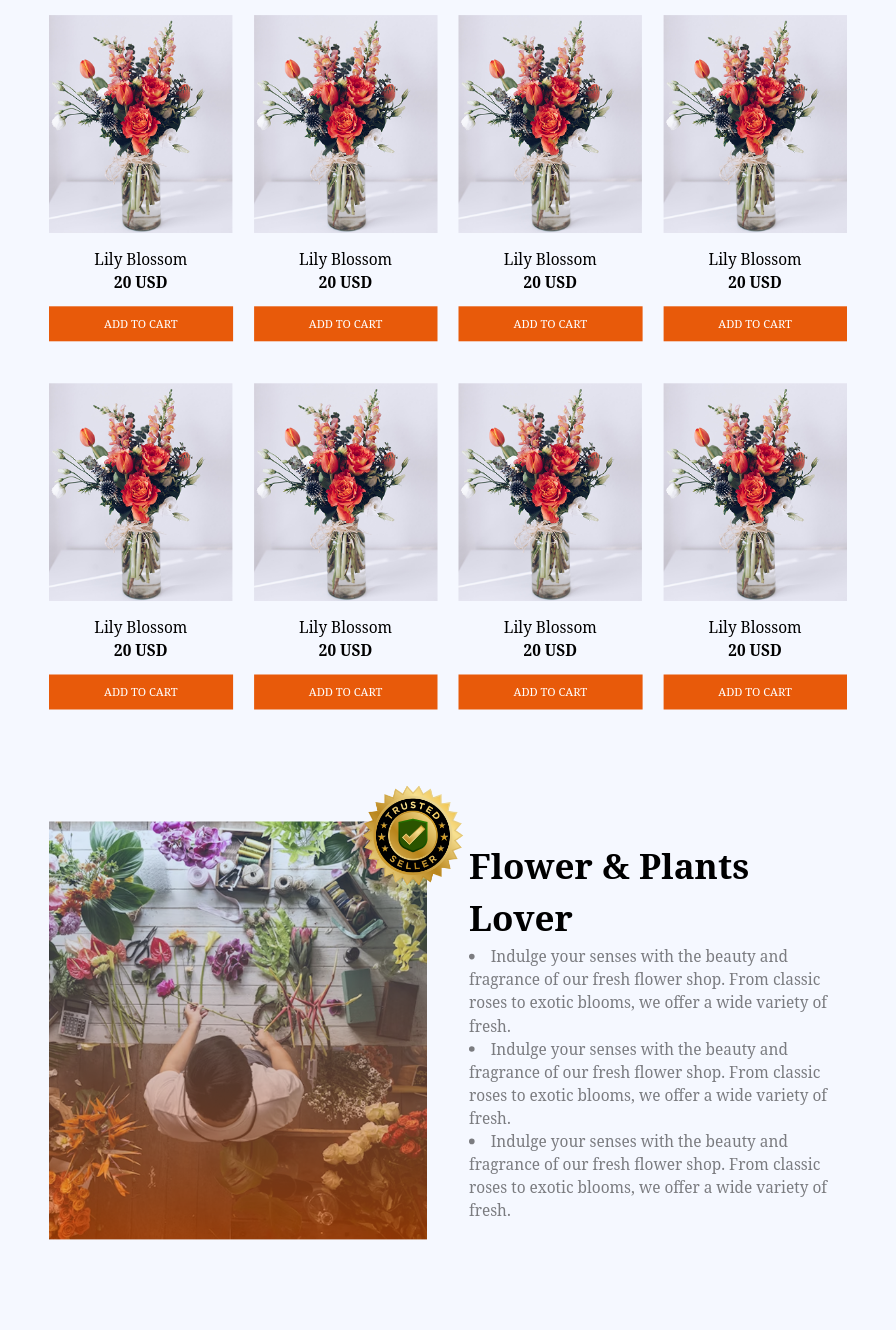
Repository: nahid-hasann/website-7
Page: index.html
An editor plug-in stored every save of this project. The page is shown before and after the next save, followed by the edit.
The browser window is 1280 px wide. The pictures show the part of the page from y = 1012 to 2932 px (the page is 2912 px tall before and 2932 px after), at 70% of full size.
Some web libraries are served in a nearby version.

Above is the page before, as saved 2025-07-24 13:09:55.

### index.html
<!DOCTYPE html>
<html lang="en">
<head>
    <meta charset="UTF-8">
    <meta name="viewport" content="width=device-width, initial-scale=1.0">
     <script src="https://cdn.jsdelivr.net/npm/@tailwindcss/browser@4"></script>
    <title> website-7 </title>
    <link rel="stylesheet" href="style.css">
    <link rel="stylesheet" href="https://cdnjs.cloudflare.com/ajax/libs/font-awesome/7.0.0/css/all.min.css" integrity="sha512-DxV+EoADOkOygM4IR9yXP8Sb2qwgidEmeqAEmDKIOfPRQZOWbXCzLC6vjbZyy0vPisbH2SyW27+ddLVCN+OMzQ==" crossorigin="anonymous" referrerpolicy="no-referrer" />
   <link rel="preconnect" href="https://fonts.googleapis.com">
<link rel="preconnect" href="https://fonts.gstatic.com" crossorigin>
<link href="https://fonts.googleapis.com/css2?family=Noto+Serif:ital,wght@0,100..900;1,100..900&display=swap" rel="stylesheet">
</head>
<body class="noto-serif-nahid">


    <header>
        <nav>
            <div class="nav-logo">
                <img src="assets/logo.png" alt="">
            </div>
            <div class="nav-menu">
                <ul>
                    <li class="ul-li" style="color: black; font-weight: bold;">Home</li>
                    <li class="ul-li" >Shop</li>
                    <li class="ul-li" >About us</li>
                    <li class="last-li" style="color: black;"><i class="fa-solid fa-cart-shopping"></i>Cart ($56)</li>
                </ul>
            </div>
        </nav>
    </header>

    <main>

        <section class="banner">
            <div class="banner-section">
                <div class="banner-description">
                    <h1>ALWAYS <span style="color: #e85a0a;">FRESH <br> FLOWERS</span></h1>
                    <p>Indulge your senses with the beauty and fragrance of our fresh flower shop. From classic roses to exotic blooms, we offer a wide variety of fresh flowers that are perfect for any occasion.  </p>
                </div>
                <div class="banner-img">
                    <img src="assets/hero-flower.png" alt="">
                </div>
            </div>
        </section>

        <section class="plants-section">
             <h1> <span style="color: #e85a0a;">Our</span> Plants</h1>
             <p>Indulge your senses with the beauty and fragrance of our fresh flower shop. From classic roses to exotic blooms, we offer a wide variety of fresh.</p>
             <div class="plants-card">
                <div class="card">
                    <img src="assets/sample-flower-image.png" alt="">
                    <h4>Lily Blossom</h4>
                    <h2>20 USD</h2>
                    <button class="btn">ADD TO CART</button>
                </div>
                 <div class="card">
                    <img src="assets/sample-flower-image.png" alt="">
                    <h4>Lily Blossom</h4>
                    <h2>20 USD</h2>
                    <button class="btn">ADD TO CART</button>
                </div>
                 <div class="card">
                    <img src="assets/sample-flower-image.png" alt="">
                    <h4>Lily Blossom</h4>
                    <h2>20 USD</h2>
                    <button class="btn">ADD TO CART</button>
                </div>
                 <div class="card">
                    <img src="assets/sample-flower-image.png" alt="">
                    <h4>Lily Blossom</h4>
                    <h2>20 USD</h2>
                    <button class="btn">ADD TO CART</button>
                </div>
                 <div class="card">
                    <img src="assets/sample-flower-image.png" alt="">
                    <h4>Lily Blossom</h4>
                    <h2>20 USD</h2>
                    <button class="btn">ADD TO CART</button>
                </div>
                 <div class="card">
                    <img src="assets/sample-flower-image.png" alt="">
                    <h4>Lily Blossom</h4>
                    <h2>20 USD</h2>
                    <button class="btn">ADD TO CART</button>
                </div>
                 <div class="card">
                    <img src="assets/sample-flower-image.png" alt="">
                    <h4>Lily Blossom</h4>
                    <h2>20 USD</h2>
                    <button class="btn">ADD TO CART</button>
                </div>
                 <div class="card">
                    <img src="assets/sample-flower-image.png" alt="">
                    <h4>Lily Blossom</h4>
                    <h2>20 USD</h2>
                    <button class="btn">ADD TO CART</button>
                </div>
             </div>
        </section>

        <section class="plants-lover-section">
            <div class="plants-lover-div">
                <div class="plants-lover-img">
                <img src="assets/flower-store.png" alt="">
                <div class="badge">
                    <img class="badge-img" src="assets/trusted-badge.png" alt="">
                </div>
            </div>
            <div class="plants-lover-content">
                <h1>Flower & Plants Lover</h1>
                <or>
                    <li>Indulge your senses with the beauty and fragrance of our fresh flower shop. From classic roses to exotic blooms, we offer a wide variety of fresh.</li>
                    <li>Indulge your senses with the beauty and fragrance of our fresh flower shop. From classic roses to exotic blooms, we offer a wide variety of fresh.</li>
                    <li>Indulge your senses with the beauty and fragrance of our fresh flower shop. From classic roses to exotic blooms, we offer a wide variety of fresh.</li>
                </or>
            </div>
            </div>
        </section>

    </main>




</body>
</html>

### style.css


*{
    margin: 0;
    padding: 0;
    box-sizing: border-box;
}


.noto-serif-nahid {
  font-family: "Noto Serif", serif;
  font-optical-sizing: auto;
  font-style: normal;
  font-variation-settings:
    "wdth" 100;
}

body{
    background-color: #f5f8ff;
}



/* header suru  */

header{
   margin: 20px auto;
   max-width: 1140px;
}

nav{
    display: flex;
    justify-content: space-between;
    align-items: center;
}

.nav-logo img{
    width: 100%;
}

.nav-menu ul{
     display: flex;
     gap: 30px;
     align-items: center;
     justify-content: center;
     margin: auto 0;
}

.nav-menu ul li{
    color: rgba(137, 135, 161, 1);
    font-weight: 400;
}


/* header sesh  */

/* banner-section  */

.banner{
    margin: 230px auto 130px auto;
    max-width: 1140px;

}

.banner-section{
     display: flex;
     align-items: end;
     justify-content: center;
}

.banner-description h1{
    font-size: 65px;
    font-weight: 800;

}

.banner-description p{
    font-size: 22px;
    color: #7b7c80;
}

.banner-img img{
    max-width: 570px;
}

/* banner-section  */

/* plants-section suru */

.plants-section{
    width: 1140px;
    margin: 130px auto;
}

.plants-section h1{
    text-align: center;
    font-size: 50px;
    margin-bottom: 14px;
    font-weight: 700;
}

.plants-card{
    display: grid;
    grid-template-columns: 1fr 1fr 1fr 1fr;
    gap: 30px;
    row-gap: 60px;
    margin-top: 60px;
}

.plants-section p{
    font-size: 22px;
    color: #7b7c80;
    text-align: center;
}

.card {
    display: flex;
    flex-direction: column;
    align-items: center;
    justify-content: center;
}

.card h4{
    font-size: 22px;
    font-weight: 300;
    margin-top: 18px;
}

.card h2{
    font-size: 22px;
    font-weight: 700;
    margin-bottom: 18px;
}

.btn{
    background-color: #e85a0a;
    width: 100%;
    padding: 13px 0;
    color: white;
}

/* plants-section sesh  */

/* plants-lover-section suru  */

.plants-lover-section{
    width: 1140px;
    margin: 160px auto 130px auto;
}



.plants-lover-div{
     display: grid;
     grid-template-columns: 1fr 1fr;
    align-items: center;
    justify-content: center;
    gap: 60px;
}

.plants-lover-img{
    position: relative;
}

.badge-img{
    position: absolute;
    top: -80px;
    right: -80px;
    width: 200px;
    z-index: 999;
}



.plants-lover-content h1{
     font-size: 50px;
     font-weight: 700;
}

.plants-lover-content or li{
    font-size: 22px;
    color: #7b7c80;
}

/* plants-lover-section sesh  */


/* media screen  */

@media screen and (max-width:575px) {
    header{
        width: 100%;
    }

nav{
    margin:0 30px;

}

.nav-logo img{
    width: 63px;
}
    .ul-li{
        display: none;
    }

    .banner{
        max-width: 575px;
        margin-top: 70px ;
        margin-bottom: 70px;
    }

    .banner-section{
        flex-direction: column-reverse;

    }

    .banner-description{
        margin-left: 30px;
    }

    .banner-description h1{
    font-size: 24px;
}

.banner-description p{
    font-size: 14px;
}

.banner-img img{
    max-width: 400px;
    margin-bottom: 80px;
}

.plants-section{
    width: 100% ;
    padding: 0 20px ;
    margin: 70px 0;

}

.plants-card{
    display: grid;
    grid-template-columns: 1fr 1fr;
    gap: 20px;
    row-gap: 40px;
}

.plants-section h1{
    font-size: 24px;
}
.plants-section p{
    font-size: 14px;
}

.card h4{
    font-size: 15px;
}

.card h2{
    font-size: 15px;
}

.btn{
    font-size: 15px;
}

}

After the next save:
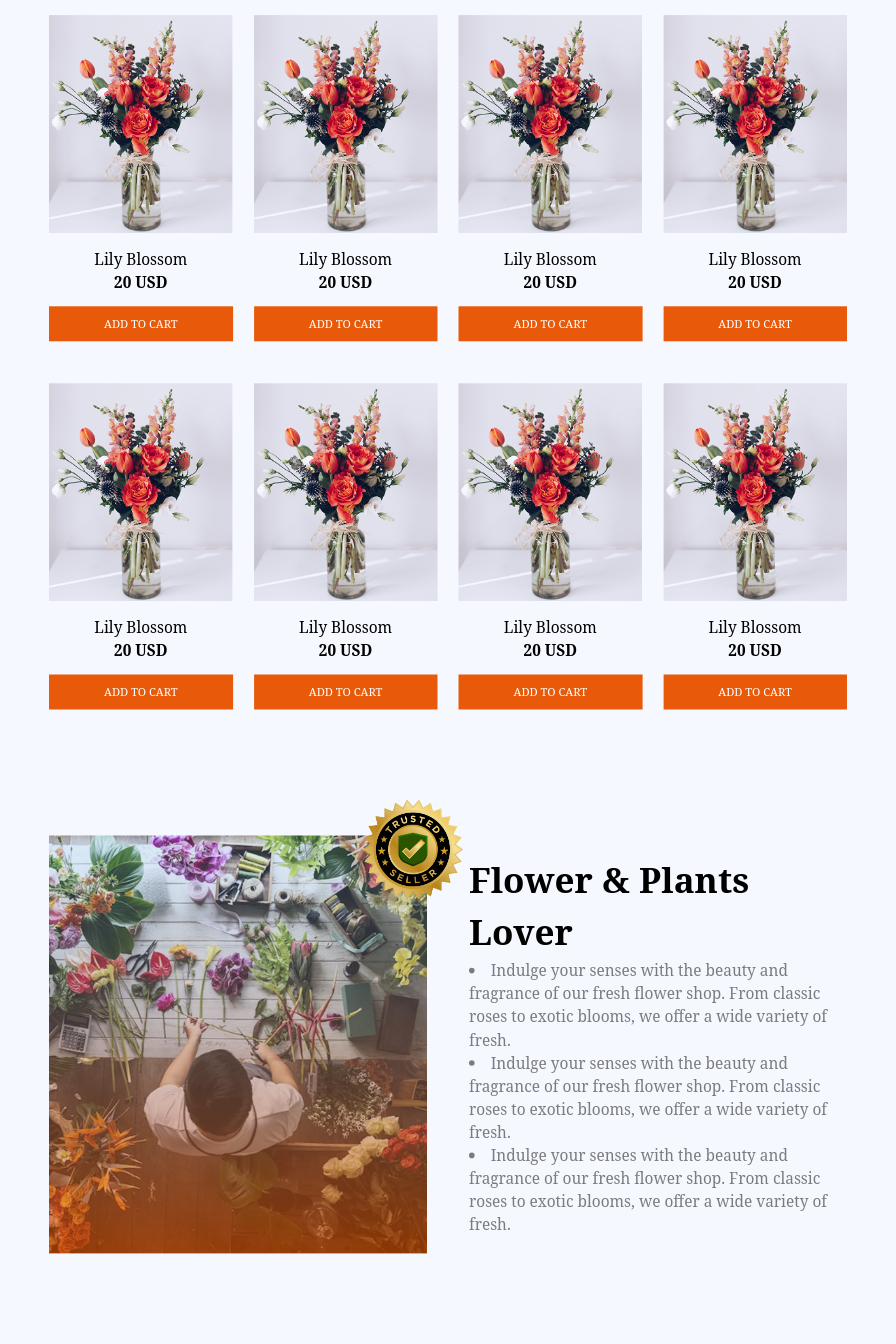
Saved 6 s later.
--- a/style.css
+++ b/style.css
@@ -145,7 +145,7 @@ nav{
 
 .plants-lover-section{
     width: 1140px;
-    margin: 160px auto 130px auto;
+    margin: 180px auto 130px auto;
 }
 
 
